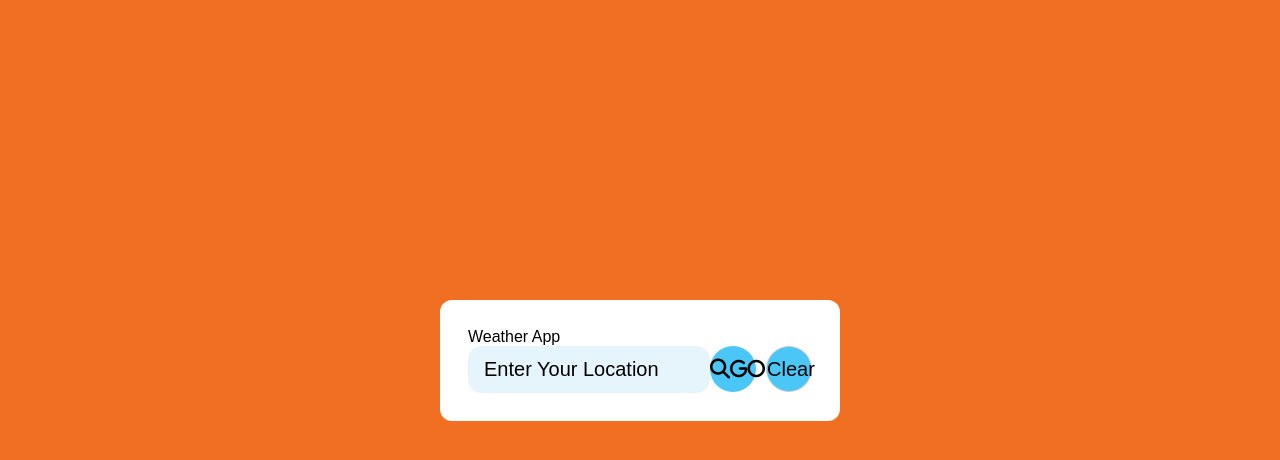
Repository: kapucuonur/weather-app
Page: index.html
These files come from the project's save history. The page is drawn as it stood at one moment and after the next save; the edit follows.
The browser window is 1280 px wide. The pictures show the whole page.
Some web libraries are served in a nearby version.

Above is the page before, as saved 2024-11-16 15:30:52.

### index.html
<!DOCTYPE html>
<html lang="en">
<head>
    <meta charset="UTF-8">
    <meta http-equiv="X-UA-Compatible" content="IE=edge">
    <meta name="viewport" content="width=device-width, initial-scale=1.0">
    <title>Weather App With JavaScript</title>
    <link rel="stylesheet" href="style.css">
</head>
<body>

    <div class="container">
        <p>Weather App</p>
        <div class="header">
            <div class="search-box">
                <input type="text" placeholder="Enter your location" class="input-box">
                <button class="fa-solid fa-magnifying-glass" id="searchBtn">Go</button>
                <!-- Clear button added here -->
                <button class="clear-btn" id="clearBtn">Clear</button>
            </div>

        </div>

        <div class="location-not-found">
            <h1>Sorry, Location not found!!!</h1>
            <img src="/assets/404.png" alt="404 Error">
        </div>

        <div class="weather-body">
            <img src="/assets/cloud.png" alt="Weather Image" class="weather-img">

            <div class="weather-box">
                <p class="temperature">0 <sup>°C</sup></p>
                <p class="description">light rain</p>
            </div>

            <div class="weather-details">
                <div class="humidity">
                    <i class="fa-sharp fa-solid fa-droplet"></i>
                    <div class="text">
                        <span id="humidity">45%</span>
                        <p>Humidity</p>
                    </div>
                </div>

                <div class="wind">
                    <i class="fa-solid fa-wind"></i>
                    <div class="text">
                        <span id="wind-speed">12Km/H</span>
                        <p>Wind Speed</p>
                    </div>
                </div>
            </div>
        </div>
    </div>


    <script src="script.js"></script>
    <script src="https://kit.fontawesome.com/595a890311.js" crossorigin="anonymous"></script>
</body>
</html>

### style.css
*{
    margin: 0;
    padding: 0;
    box-sizing: border-box;
    border: none;
    outline: none;
    font-family: sans-serif;
}

body{
    min-height: 100vh;
    display: flex;
    justify-content: center;
    align-items: center;
    background-color: #f16f23;
}

.container{
    width: 400px;
    height: min-content;
    background-color: #fff;
    border-radius: 12px;
    padding: 28px;
}

.search-box{
    width: 100%;
    height: min-content;
    display: flex;
    justify-content: space-between;
    align-items: center;
}

.search-box input{
    width: 84%;
    font-size: 20px;
    text-transform: capitalize;
    color: #000;
    background-color: #e6f5fb;
    padding: 12px 16px;
    border-radius: 14px;
}

.search-box input::placeholder{
    color: #000;
}
.clear-btn {
    width: 46px;
    height: 46px;
    background-color: #e6f5fb;
    border-radius: 50%;
    cursor: pointer;
    font-size: 20px;
    border: 1px solid #ccc;
    margin-left: 10px; /* Input kutusu ile arasında boşluk bırak */
}

.clear-btn:hover {
    color: #fff;
    background-color: #ababab;
}


.search-box button{
    width: 46px;
    height: 46px;
    background-color: #4ac6f7;
    border-radius: 50%;
    cursor: pointer;
    font-size: 20px;
}

.search-box button:hover{
    color: #fff;
    background-color: #f20c0c;
}

.weather-body{
    justify-content: center;
    align-items: center;
    flex-direction: column;
    margin-block: 20px;
    display: none;
}
.weather-body img{
    width: 60%;
}

.weather-box{
    margin-block: 20px;
    text-align: center;
}

.weather-box .temperature{
    font-size: 40px;
    font-weight: 800;
    position: relative;
}

.weather-box .temperature sup{
    font-size: 20px;
    position: absolute;
    font-weight: 600;
}

.weather-box .description{
    font-size: 20px;
    font-weight: 700;
    text-transform: capitalize;
}

.weather-details{
    width: 100%;
    display: flex;
    justify-content: space-between;
    margin-top: 30px;
}

.humidity, .wind{
    display: flex;
    align-items: center;
}

.humidity{
    margin-left: 20px;
}

.wind{
    margin-right: 20px;
}

.weather-details i{
    font-size: 36px;
}

.weather-details .text{
    margin-left: 10px;
    font-size: 16px;
}

.text span{
    font-size: 20px;
    font-weight: 700;
}

.location-not-found{
    margin-top: 20px;
    display: none;
    align-items: center;
    justify-content: center;
    flex-direction: column;
}

.location-not-found h1{
    font-size: 20px;
    color: #6b6b6b;
    margin-block-end: 15px;
}
.location-not-found img{
    width: 80%;
}

### script.js
const inputBox = document.querySelector('.input-box');
const searchBtn = document.getElementById('searchBtn');
const clearBtn = document.getElementById('clearBtn'); // Clear button element
const weather_img = document.querySelector('.weather-img');
const temperature = document.querySelector('.temperature');
const description = document.querySelector('.description');
const humidity = document.getElementById('humidity');
const wind_speed = document.getElementById('wind-speed');

const location_not_found = document.querySelector('.location-not-found');
const weather_body = document.querySelector('.weather-body');

async function checkWeather(city) {
    const api_key = "YOUR_API_KEY"; // Your API key
    const url = `https://api.openweathermap.org/data/2.5/weather?q=${city}&appid=${api_key}`;

    const weather_data = await fetch(`${url}`).then(response => response.json());

    if (weather_data.cod === "404") {
        location_not_found.style.display = "flex";
        weather_body.style.display = "none";
        console.log("Location not found");
        return;
    }

    location_not_found.style.display = "none";
    weather_body.style.display = "flex";

    // Update weather data
    temperature.innerHTML = `${Math.round(weather_data.main.temp - 273.15)}°C`;
    description.innerHTML = `${weather_data.weather[0].description}`;
    humidity.innerHTML = `${weather_data.main.humidity}%`;
    wind_speed.innerHTML = `${weather_data.wind.speed} Km/H`;

    // Set the weather image based on the condition
    switch (weather_data.weather[0].main) {
        case 'Clouds':
            weather_img.src = "/assets/cloud.png";
            break;
        case 'Clear':
            weather_img.src = "/assets/clear.png";
            break;
        case 'Rain':
            weather_img.src = "/assets/rain.png";
            break;
        case 'Mist':
            weather_img.src = "/assets/mist.png";
            break;
        case 'Snow':
            weather_img.src = "/assets/snow.png";
            break;
    }
}

// Search button event listener
searchBtn.addEventListener('click', () => {
    checkWeather(inputBox.value);
});

// Clear button event listener
clearBtn.addEventListener('click', () => {
    inputBox.value = ''; // Clear the input box
    location_not_found.style.display = "none"; // Hide the "location not found" message
    weather_body.style.display = "none"; // Hide the weather details
});

After the next save:
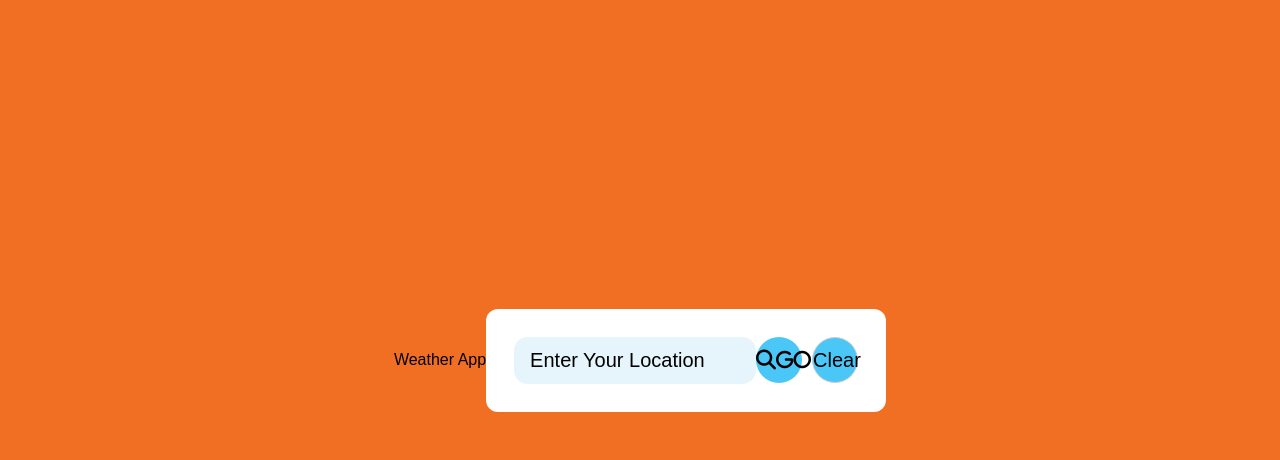
Saved 28 s later.
--- a/index.html
+++ b/index.html
@@ -7,10 +7,11 @@
     <title>Weather App With JavaScript</title>
     <link rel="stylesheet" href="style.css">
 </head>
+<p>Weather App</p>
 <body>
 
     <div class="container">
-        <p>Weather App</p>
+
         <div class="header">
             <div class="search-box">
                 <input type="text" placeholder="Enter your location" class="input-box">
